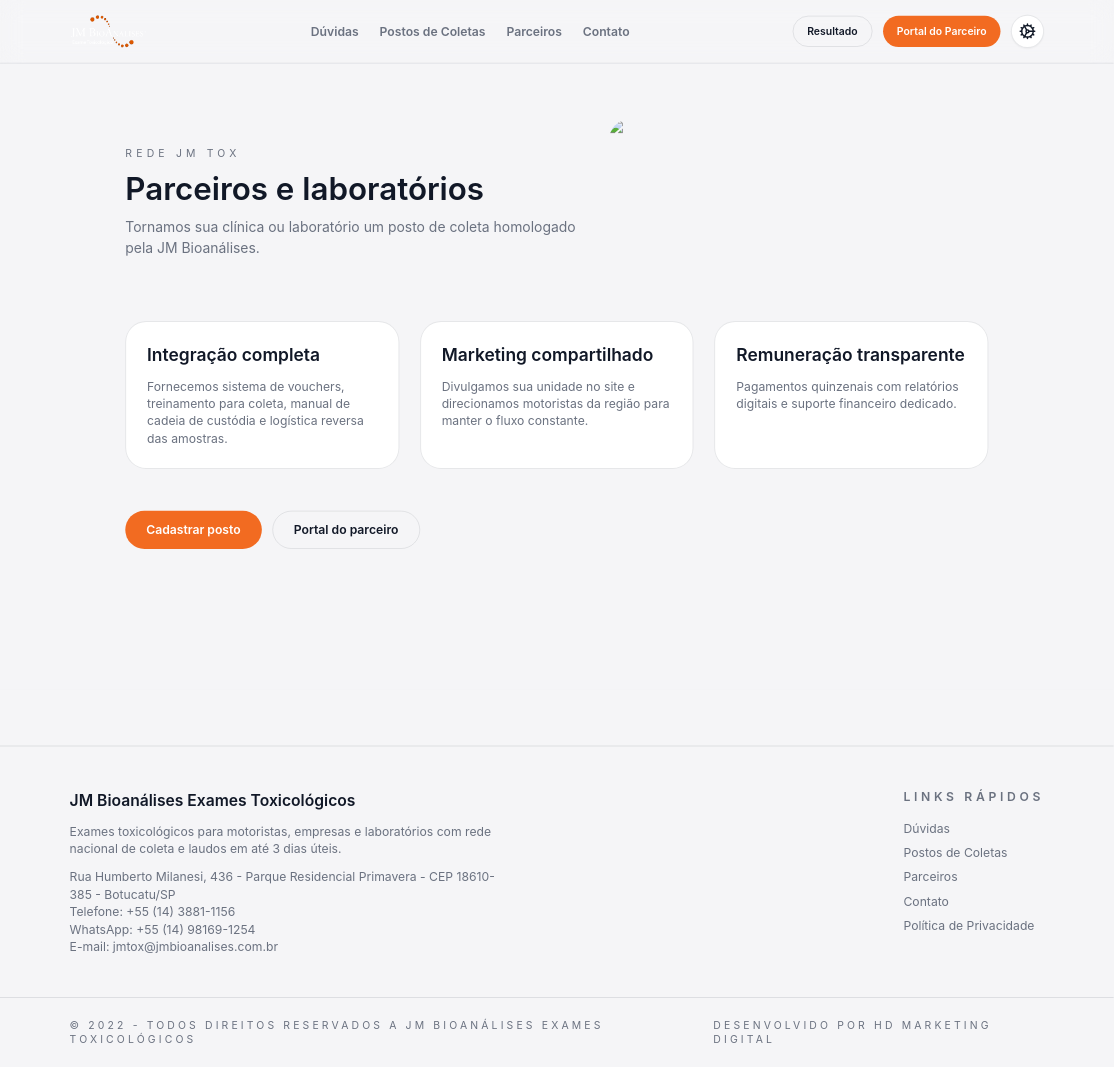
Repository: 1xLab/cat1
Page: /parceiros
These files come from the project's save history. The page is drawn as it stood at one moment and after the next save; the edit follows.
The browser window is 1280 px wide. The pictures show the whole page, at 87% of full size.
The page's requests for data from a server got no answer. The project was rebuilt for these pictures with package versions that can differ from the ones it lists, and the page was loaded fresh each time. The framework's server and built-in components were replaced by stand-ins that run in the browser. No one was signed in, and anything a server would have sent is missing. Also part of the build but not shown: next.config.ts.

Above is the page before, as saved 2025-11-19 21:48:07.

### src/app/layout.tsx
import type { Metadata } from "next";
import { Geist, Geist_Mono } from "next/font/google";
import "./globals.css";

import { Header } from "@/components/layout/header";
import { Footer } from "@/components/layout/footer";
import { baseMetadata } from "@/lib/seo";
import { LabSchema } from "@/components/seo/lab-schema";
import { TagManager } from "@/components/analytics/tag-manager";

const geistSans = Geist({
  variable: "--font-geist-sans",
  subsets: ["latin"],
});

const geistMono = Geist_Mono({
  variable: "--font-geist-mono",
  subsets: ["latin"],
});

export const metadata: Metadata = baseMetadata;

export default function RootLayout({
  children,
}: Readonly<{
  children: React.ReactNode;
}>) {
  return (
    <html lang="pt-BR" data-theme="sunrise">
      <body className={`${geistSans.variable} ${geistMono.variable} antialiased`}>
        <TagManager />
        <LabSchema />
        <Header />
        <main className="min-h-screen bg-[var(--color-bg)] text-[var(--color-text)]">
          {children}
        </main>
        <Footer />
      </body>
    </html>
  );
}

### src/app/parceiros/page.tsx
import Image from "next/image";
import type { Metadata } from "next";
import { Button } from "@/components/ui/button";

const pillars = [
  {
    title: "Integração completa",
    body: "Fornecemos sistema de vouchers, treinamento para coleta, manual de cadeia de custódia e logística reversa das amostras.",
  },
  {
    title: "Marketing compartilhado",
    body: "Divulgamos sua unidade no site e direcionamos motoristas da região para manter o fluxo constante.",
  },
  {
    title: "Remuneração transparente",
    body: "Pagamentos quinzenais com relatórios digitais e suporte financeiro dedicado.",
  },
];

export const metadata: Metadata = {
  title: "Parceiros | JM Tox",
};

const illustration = "/imagens/illustration-parceiros.svg";

export default function ParceirosPage() {
  return (
    <section className="mx-auto max-w-5xl px-4 py-16">
      <div className="grid gap-6 md:grid-cols-[1.1fr_0.9fr] md:items-center">
        <div className="space-y-3">
          <p className="text-xs uppercase tracking-[0.4em] text-[var(--color-text-muted)]">
            Rede JM Tox
          </p>
          <h1 className="text-4xl font-semibold text-[var(--color-text)]">
            Parceiros e laboratórios
          </h1>
          <p className="text-[var(--color-text-muted)]">
            Tornamos sua clínica ou laboratório um posto de coleta homologado
            pela JM Bioanálises.
          </p>
        </div>
        <div className="relative h-48 rounded-3xl">
          <Image
            src={illustration}
            alt="Tecnologia embarcada em caminhões"
            fill
            className="rounded-3xl object-cover"
            sizes="(min-width: 768px) 400px, 100vw"
          />
        </div>
      </div>
      <div className="mt-10 grid gap-6 md:grid-cols-3">
        {pillars.map((pillar) => (
          <article
            key={pillar.title}
            className="rounded-3xl border border-[var(--color-outline)] bg-[var(--color-surface)] p-6"
          >
            <h2 className="text-xl font-semibold text-[var(--color-text)]">
              {pillar.title}
            </h2>
            <p className="mt-3 text-sm text-[var(--color-text-muted)]">
              {pillar.body}
            </p>
          </article>
        ))}
      </div>
      <div className="mt-12 flex flex-wrap gap-3">
        <Button asChild>
          <a href="/cadastro-postos-de-coleta">Cadastrar posto</a>
        </Button>
        <Button asChild variant="outline">
          <a href="/app/parceiros">Portal do parceiro</a>
        </Button>
      </div>
    </section>
  );
}

### src/app/globals.css
@tailwind base;
@tailwind components;
@tailwind utilities;

:root {
  --color-bg: #f5f5f7;
  --color-surface: #ffffff;
  --color-text: #111827;
  --color-text-muted: #6b7280;
  --color-primary: #f26b21;
  --color-primary-dark: #c65310;
  --color-header: #050608;
  --color-outline: rgba(15, 23, 42, 0.1);
}

[data-theme="sunrise"] {
  --color-bg: #f5f5f7;
  --color-surface: #ffffff;
  --color-text: #111827;
  --color-text-muted: #6b7280;
  --color-primary: #f26b21;
  --color-primary-dark: #c65310;
  --color-header: #050608;
}

[data-theme="midnight"] {
  --color-bg: #050608;
  --color-surface: #111827;
  --color-text: #f9fafb;
  --color-text-muted: #9ca3af;
  --color-primary: #f26b21;
  --color-primary-dark: #f26b21;
  --color-header: #000000;
  --color-outline: rgba(255, 255, 255, 0.1);
}

[data-theme="clinical"] {
  --color-bg: #f3f6fb;
  --color-surface: #ffffff;
  --color-text: #0f172a;
  --color-text-muted: #3f4d63;
  --color-primary: #2563eb;
  --color-primary-dark: #1d4ed8;
  --color-header: #0f172a;
  --color-outline: rgba(15, 23, 42, 0.08);
}

[data-theme="high-contrast"] {
  --color-bg: #000000;
  --color-surface: #000000;
  --color-text: #ffffff;
  --color-text-muted: #f3f4f6;
  --color-primary: #ffbf00;
  --color-primary-dark: #f59e0b;
  --color-header: #000000;
  --color-outline: rgba(255, 255, 255, 0.2);
}

[data-theme="dark"] {
  --color-bg: #111436;
  --color-surface: rgba(255, 255, 255, 0.08);
  --color-text: #fefefe;
  --color-text-muted: #d4ddff;
  --color-primary: #f97316;
  --color-primary-dark: #ea580c;
  --color-header: rgba(17, 20, 54, 0.9);
  --color-outline: rgba(255, 255, 255, 0.2);
}

@layer base {
  * {
    box-sizing: border-box;
  }

  body {
    background: var(--color-bg);
    color: var(--color-text);
    font-family: "Inter", system-ui, -apple-system, BlinkMacSystemFont,
      "Segoe UI", sans-serif;
    min-height: 100vh;
  }
}

@layer utilities {
  .text-balance {
    text-wrap: balance;
  }

  .glass-panel {
    background: color-mix(in srgb, var(--color-surface) 90%, transparent);
    backdrop-filter: blur(18px);
    border: 1px solid color-mix(in srgb, var(--color-outline) 80%, transparent);
    border-radius: 1.5rem;
    box-shadow: 0 15px 45px rgba(15, 23, 42, 0.12);
  }
}

### src/components/layout/header.tsx
import Image from "next/image";
import Link from "next/link";
import { ThemeSwitcher } from "@/components/theme-switcher";
import { Button } from "@/components/ui/button";

const navItems = [
  { label: "Dúvidas", href: "/duvidas-frequentes" },
  { label: "Postos de Coletas", href: "/postos-de-coletas" },
  { label: "Parceiros", href: "/parceiros" },
  { label: "Contato", href: "/contato" },
];

export function Header() {
  return (
    <header className="sticky top-0 z-40 border-b border-[var(--color-outline)] bg-[var(--color-header)]/15 backdrop-blur-md">
      <div className="container mx-auto flex max-w-6xl items-center justify-between gap-4 px-4 py-4">
        <Link href="/" className="flex items-center gap-3">
          <Image
            src="/logo-jm-bioanalises-branco.png"
            alt="JM Bioanálises"
            width={150}
            height={42}
            className="h-10 w-auto"
            priority
          />
          <span className="sr-only">JM Bioanálises</span>
        </Link>
        <nav className="hidden items-center gap-6 text-sm font-semibold text-[var(--color-text-muted)] lg:flex">
          {navItems.map((item) => (
            <Link
              key={item.href}
              href={item.href}
              className="transition hover:text-[var(--color-text)]"
            >
              {item.label}
            </Link>
          ))}
        </nav>
        <div className="flex items-center gap-3">
          <Button asChild variant="outline" size="sm">
            <Link href="/duvidas-frequentes#resultado-online">Resultado</Link>
          </Button>
          <Button asChild size="sm">
            <Link href="/parceiros">Portal do Parceiro</Link>
          </Button>
          <ThemeSwitcher />
        </div>
      </div>
      <div className="border-t border-[var(--color-outline)] bg-[var(--color-header)] px-4 py-3 lg:hidden">
        <nav className="flex flex-wrap gap-3 text-sm font-semibold text-[var(--color-text-muted)]">
          {navItems.map((item) => (
            <Link
              key={item.href}
              href={item.href}
              className="rounded-full border border-gray-600 px-3 py-1 transition hover:border-[var(--color-primary)] hover:text-white"
            >
              {item.label}
            </Link>
          ))}
        </nav>
      </div>
    </header>
  );
}

### src/components/layout/footer.tsx
import Link from "next/link";

import { siteConfig } from "@/lib/site";

const quickLinks = [
  { label: "Dúvidas", href: "/duvidas-frequentes" },
  { label: "Postos de Coletas", href: "/postos-de-coletas" },
  { label: "Parceiros", href: "/parceiros" },
  { label: "Contato", href: "/contato" },
  { label: "Política de Privacidade", href: "/politica-de-privacidade" },
];

export function Footer() {
  return (
    <footer className="mt-16 border-t border-[var(--color-outline)] bg-[var(--color-surface)]/95">
      <div className="mx-auto flex max-w-6xl flex-col gap-8 px-4 py-12 md:flex-row md:justify-between">
        <div className="max-w-lg space-y-3">
          <p className="text-lg font-semibold text-[var(--color-text)]">
            {siteConfig.name}
          </p>
          <p className="text-sm text-[var(--color-text-muted)]">
            {siteConfig.description}
          </p>
          <div className="text-sm text-[var(--color-text-muted)]">
            <p>{siteConfig.address}</p>
            <p>Telefone: {siteConfig.contacts.phone}</p>
            <p>WhatsApp: {siteConfig.contacts.mobile}</p>
            <p>E-mail: {siteConfig.contacts.email}</p>
          </div>
        </div>
        <div>
          <p className="text-sm font-semibold uppercase tracking-[0.3em] text-[var(--color-text-muted)]">
            Links rápidos
          </p>
          <ul className="mt-4 space-y-2 text-sm">
            {quickLinks.map((link) => (
              <li key={link.href}>
                <Link
                  href={link.href}
                  className="text-[var(--color-text-muted)] transition hover:text-[var(--color-text)]"
                >
                  {link.label}
                </Link>
              </li>
            ))}
          </ul>
        </div>
      </div>
      <div className="border-t border-[var(--color-outline)]">
        <div className="mx-auto flex max-w-6xl flex-col gap-2 px-4 py-6 text-xs uppercase tracking-[0.3em] text-[var(--color-text-muted)] md:flex-row md:items-center md:justify-between">
          <p>
            © 2022 - Todos Direitos Reservados a JM Bioanálises Exames Toxicológicos
          </p>
          <p>Desenvolvido por HD Marketing Digital</p>
        </div>
      </div>
    </footer>
  );
}

### src/lib/seo.ts
import type { Metadata } from "next";
import { siteConfig } from "./site";

type SEOParams = {
  title?: string;
  description?: string;
  path?: string;
};

export const baseMetadata: Metadata = {
  metadataBase: new URL(siteConfig.url),
  title: {
    default: `${siteConfig.name} | Laboratório de Toxicologia`,
    template: `%s | ${siteConfig.name}`,
  },
  description: siteConfig.description,
  openGraph: {
    type: "website",
    url: siteConfig.url,
    title: siteConfig.name,
    description: siteConfig.description,
    images: [
      {
        url: siteConfig.ogImage,
        width: 1200,
        height: 630,
        alt: siteConfig.name,
      },
    ],
  },
  twitter: {
    card: "summary_large_image",
    title: siteConfig.name,
    description: siteConfig.description,
    images: [siteConfig.ogImage],
  },
  icons: {
    icon: "/favicon.ico",
  },
};

export const generatePageMetadata = ({
  title,
  description,
  path = "",
}: SEOParams): Metadata => ({
  ...baseMetadata,
  title,
  description,
  alternates: {
    canonical: path ? `${siteConfig.url}${path}` : siteConfig.url,
  },
});

### src/components/seo/lab-schema.tsx
export function LabSchema() {
  const jsonLd = {
    "@context": "https://schema.org",
    "@type": "MedicalOrganization",
    name: "JM Bioanálises Exames Toxicológicos",
    url: "https://jmtox.com.br",
    address: {
      "@type": "PostalAddress",
      streetAddress:
        "Rua Humberto Milanesi, 436 - Parque Residencial Primavera",
      addressLocality: "Botucatu",
      addressRegion: "SP",
      postalCode: "18610-385",
      addressCountry: "BR",
    },
    contactPoint: {
      "@type": "ContactPoint",
      telephone: "+55-14-3881-1156",
      contactType: "customer service",
      availableLanguage: ["Portuguese", "English"],
    },
    sameAs: ["https://www.linkedin.com/company/jmbioanalises"],
    medicalSpecialty: ["Toxicologic"],
  };

  return (
    <script
      type="application/ld+json"
      dangerouslySetInnerHTML={{ __html: JSON.stringify(jsonLd) }}
    />
  );
}

### src/components/analytics/tag-manager.tsx
"use client";

import Script from "next/script";

export function TagManager() {
  const id = process.env.NEXT_PUBLIC_GTM_ID;
  if (!id) return null;

  return (
    <>
      <Script id="gtm-loader">
        {`
          (function(w,d,s,l,i){w[l]=w[l]||[];w[l].push({'gtm.start':
          new Date().getTime(),event:'gtm.js'});var f=d.getElementsByTagName(s)[0],
          j=d.createElement(s),dl=l!='dataLayer'?'&l='+l:'';j.async=true;j.src=
          'https://www.googletagmanager.com/gtm.js?id='+i+dl;f.parentNode.insertBefore(j,f);
          })(window,document,'script','dataLayer','${id}');
        `}
      </Script>
      <noscript>
        <iframe
          src={`https://www.googletagmanager.com/ns.html?id=${id}`}
          height="0"
          width="0"
          style={{ display: "none", visibility: "hidden" }}
        />
      </noscript>
    </>
  );
}

### src/components/ui/button.tsx
"use client";

import * as React from "react";
import { Slot } from "@radix-ui/react-slot";
import { cva, type VariantProps } from "class-variance-authority";

import { cn } from "@/lib/utils";

const buttonVariants = cva(
  "inline-flex items-center justify-center whitespace-nowrap rounded-full text-sm font-semibold transition focus-visible:outline-none focus-visible:ring-2 focus-visible:ring-[var(--color-primary)] disabled:pointer-events-none disabled:opacity-60",
  {
    variants: {
      variant: {
        default:
          "bg-[var(--color-primary)] text-white hover:bg-[var(--color-primary-dark)]",
        secondary:
          "bg-[var(--color-surface)] text-[var(--color-text)] border border-[var(--color-outline)] hover:border-[var(--color-primary)]",
        outline:
          "border border-[var(--color-outline)] text-[var(--color-text)] hover:border-[var(--color-primary)] hover:text-[var(--color-text)]",
        ghost: "text-[var(--color-text)] hover:bg-[var(--color-outline)]/30",
        link: "underline-offset-4 text-[var(--color-primary)] hover:underline",
      },
      size: {
        default: "h-11 px-6",
        sm: "h-9 px-4 text-xs",
        lg: "h-12 px-8 text-base",
        icon: "h-10 w-10",
      },
    },
    defaultVariants: {
      variant: "default",
      size: "default",
    },
  }
);

export interface ButtonProps
  extends React.ButtonHTMLAttributes<HTMLButtonElement>,
    VariantProps<typeof buttonVariants> {
  asChild?: boolean;
}

const Button = React.forwardRef<HTMLButtonElement, ButtonProps>(
  ({ className, variant, size, asChild = false, ...props }, ref) => {
    const Comp = asChild ? Slot : "button";
    return (
      <Comp
        className={cn(buttonVariants({ variant, size, className }))}
        ref={ref}
        {...props}
      />
    );
  }
);
Button.displayName = "Button";

export { Button, buttonVariants };

### src/components/theme-switcher.tsx
"use client";

import { useEffect, useState } from "react";
import { Cog, Check } from "lucide-react";
import { cn } from "@/lib/utils";

const themes = [
  { id: "sunrise", name: "Sunrise Light", description: "Luz natural com laranja vibrante." },
  { id: "midnight", name: "Midnight Dark", description: "Interface escura para salas de comando." },
  { id: "clinical", name: "Clinical Light", description: "Azul clínico com fundos neutros." },
  { id: "high-contrast", name: "High Contrast", description: "Alto contraste para máxima leitura." },
];

function applyThemeValue(
  value: string,
  setTheme: (theme: string) => void
) {
  const next = themes.find((item) => item.id === value) ? value : "sunrise";
  setTheme(next);
  document.documentElement.setAttribute("data-theme", next);
  try {
    localStorage.setItem("jmbio-theme", next);
  } catch {
    /* ignore */
  }
}

export function ThemeSwitcher() {
  const [open, setOpen] = useState(false);
  const [theme, setTheme] = useState("sunrise");

  useEffect(() => {
    let stored = "sunrise";
    try {
      stored = localStorage.getItem("jmbio-theme") || "sunrise";
    } catch {
      stored = "sunrise";
    }
    applyThemeValue(stored, setTheme);
  }, []);

  function apply(value: string) {
    applyThemeValue(value, setTheme);
  }

  return (
    <div className="relative">
      <button
        aria-label="Alterar tema do site"
        className="rounded-full border border-[var(--color-outline)] bg-[var(--color-surface)] p-2 text-[var(--color-text)] shadow-sm transition hover:shadow-md"
        onClick={() => setOpen((prev) => !prev)}
      >
        <Cog className="h-5 w-5" />
      </button>
      {open && (
        <div className="absolute right-0 z-50 mt-3 w-64 rounded-2xl border border-[var(--color-outline)] bg-[var(--color-surface)] p-4 shadow-xl">
          <p className="text-xs font-semibold uppercase tracking-[0.3em] text-[var(--color-text-muted)]">
            Temas
          </p>
          <div className="mt-3 space-y-2">
            {themes.map((item) => (
              <button
                key={item.id}
                className={cn(
                  "flex w-full items-start gap-2 rounded-2xl border border-transparent p-3 text-left transition hover:border-[var(--color-outline)]",
                  theme === item.id && "border-[var(--color-primary)] bg-[var(--color-primary)]/10"
                )}
                onClick={() => apply(item.id)}
              >
                <span className="mt-1 text-[var(--color-primary)]">
                  {theme === item.id ? <Check className="h-4 w-4" /> : <span className="block h-4 w-4 rounded-full border border-[var(--color-outline)]" />}
                </span>
                <span>
                  <span className="font-semibold text-[var(--color-text)]">{item.name}</span>
                  <span className="block text-xs text-[var(--color-text-muted)]">{item.description}</span>
                </span>
              </button>
            ))}
          </div>
        </div>
      )}
    </div>
  );
}

### src/lib/site.ts
export const siteConfig = {
  name: "JM Bioanálises Exames Toxicológicos",
  description:
    "Exames toxicológicos para motoristas, empresas e laboratórios com rede nacional de coleta e laudos em até 3 dias úteis.",
  url: "https://jmtox.com.br",
  ogImage: "/logo-jm-bioanalises-branco.png",
  social: {
    linkedin: "https://www.linkedin.com/company/jmbioanalises",
    whatsapp: "https://api.whatsapp.com/send?phone=5514981691254",
  },
  contacts: {
    phone: "+55 (14) 3881-1156",
    mobile: "+55 (14) 98169-1254",
    email: "jmtox@jmbioanalises.com.br",
  },
  address:
    "Rua Humberto Milanesi, 436 - Parque Residencial Primavera - CEP 18610-385 - Botucatu/SP",
};

export type SiteConfig = typeof siteConfig;

### src/lib/utils.ts
import { type ClassValue, clsx } from "clsx";
import { twMerge } from "tailwind-merge";

export function cn(...inputs: ClassValue[]) {
  return twMerge(clsx(inputs));
}

export function formatPhone(phone: string) {
  const digits = phone.replace(/\D/g, "");
  const match = digits.match(/^(\d{2})(\d{5})(\d{4})$/);
  if (!match) return phone;
  return `(${match[1]}) ${match[2]}-${match[3]}`;
}

export function slugify(value: string) {
  return value
    .toLowerCase()
    .normalize("NFD")
    .replace(/[\u0300-\u036f]/g, "")
    .replace(/[^a-z0-9]+/g, "-")
    .replace(/(^-|-$)+/g, "");
}

export function formatIsoDate(date: string) {
  return new Date(date).toLocaleDateString("pt-BR", {
    day: "2-digit",
    month: "short",
    year: "numeric",
  });
}

### tailwind.config.ts
import type { Config } from "tailwindcss";
import { fontFamily } from "tailwindcss/defaultTheme";
import animate from "tailwindcss-animate";

const config: Config = {
  darkMode: ["class"],
  content: ["./src/**/*.{ts,tsx}"],
  theme: {
    container: {
      center: true,
      padding: {
        DEFAULT: "1.5rem",
        md: "2rem",
      },
      screens: {
        "2xl": "1320px",
      },
    },
    extend: {
      colors: {
        border: "hsl(var(--border))",
        input: "hsl(var(--input))",
        ring: "hsl(var(--ring))",
        background: "hsl(var(--background))",
        foreground: "hsl(var(--foreground))",
        primary: {
          DEFAULT: "hsl(var(--primary))",
          foreground: "hsl(var(--primary-foreground))",
        },
        secondary: {
          DEFAULT: "hsl(var(--secondary))",
          foreground: "hsl(var(--secondary-foreground))",
        },
        muted: {
          DEFAULT: "hsl(var(--muted))",
          foreground: "hsl(var(--muted-foreground))",
        },
        accent: {
          DEFAULT: "hsl(var(--accent))",
          foreground: "hsl(var(--accent-foreground))",
        },
        destructive: {
          DEFAULT: "hsl(var(--destructive))",
          foreground: "hsl(var(--destructive-foreground))",
        },
        card: {
          DEFAULT: "hsl(var(--card))",
          foreground: "hsl(var(--card-foreground))",
        },
      },
      borderRadius: {
        lg: "var(--radius)",
        md: "calc(var(--radius) - 2px)",
        sm: "calc(var(--radius) - 4px)",
      },
      fontFamily: {
        sans: ["var(--font-geist-sans)", ...fontFamily.sans],
        mono: ["var(--font-geist-mono)", ...fontFamily.mono],
      },
      backgroundImage: {
        "grid-fade":
          "radial-gradient(circle at 20% 20%, hsla(var(--primary),0.25), transparent 55%), radial-gradient(circle at 80% 0%, hsla(var(--accent),0.3), transparent 60%)",
      },
    },
  },
  plugins: [animate],
};

export default config;

After the next save:
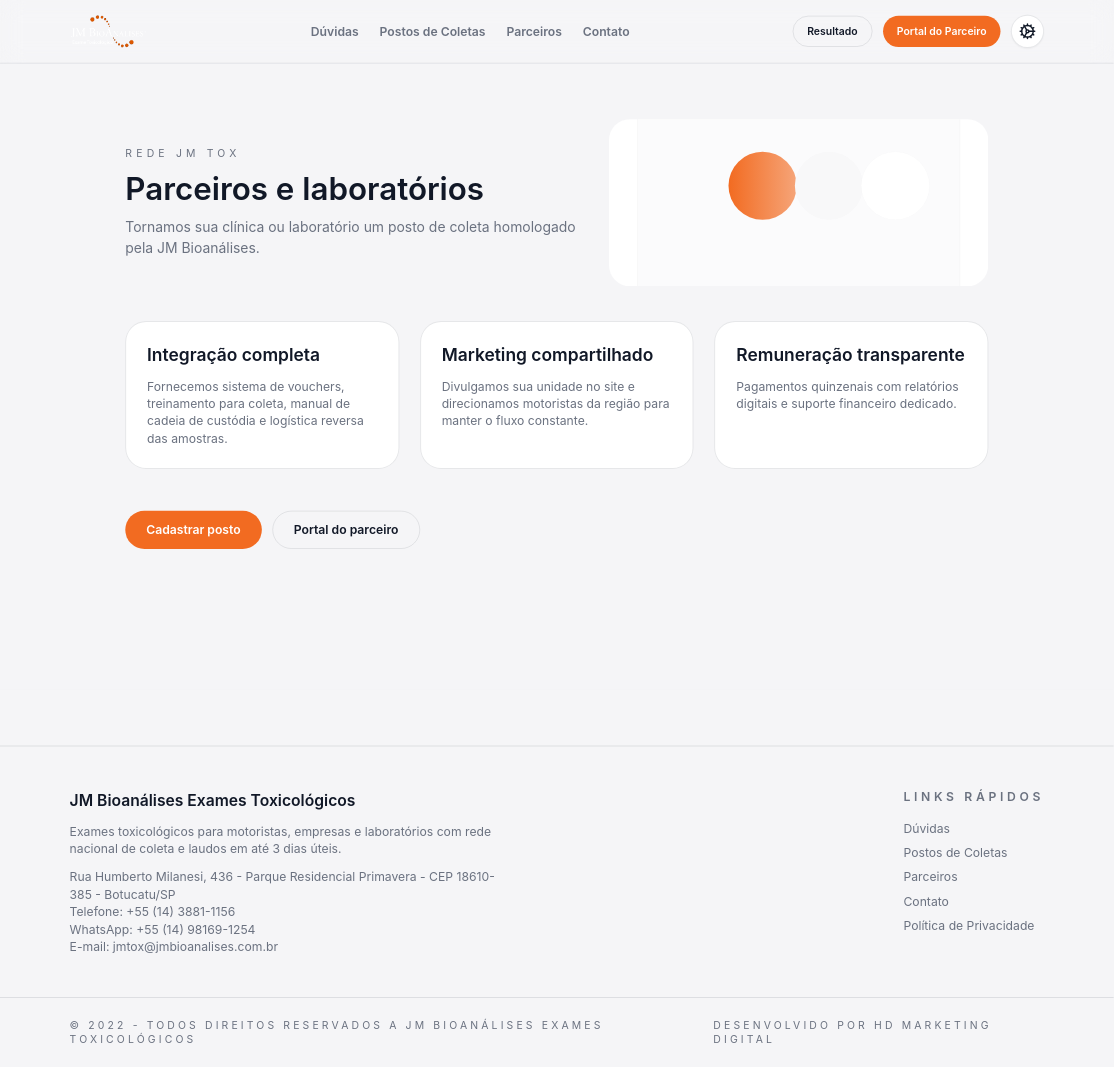
Saved 5 s later.
--- a/src/app/parceiros/page.tsx
+++ b/src/app/parceiros/page.tsx
@@ -21,7 +21,7 @@ export const metadata: Metadata = {
   title: "Parceiros | JM Tox",
 };
 
-const illustration = "/imagens/illustration-parceiros.svg";
+const illustration = "/imagens/illustration-parceiros-clean.svg";
 
 export default function ParceirosPage() {
   return (
